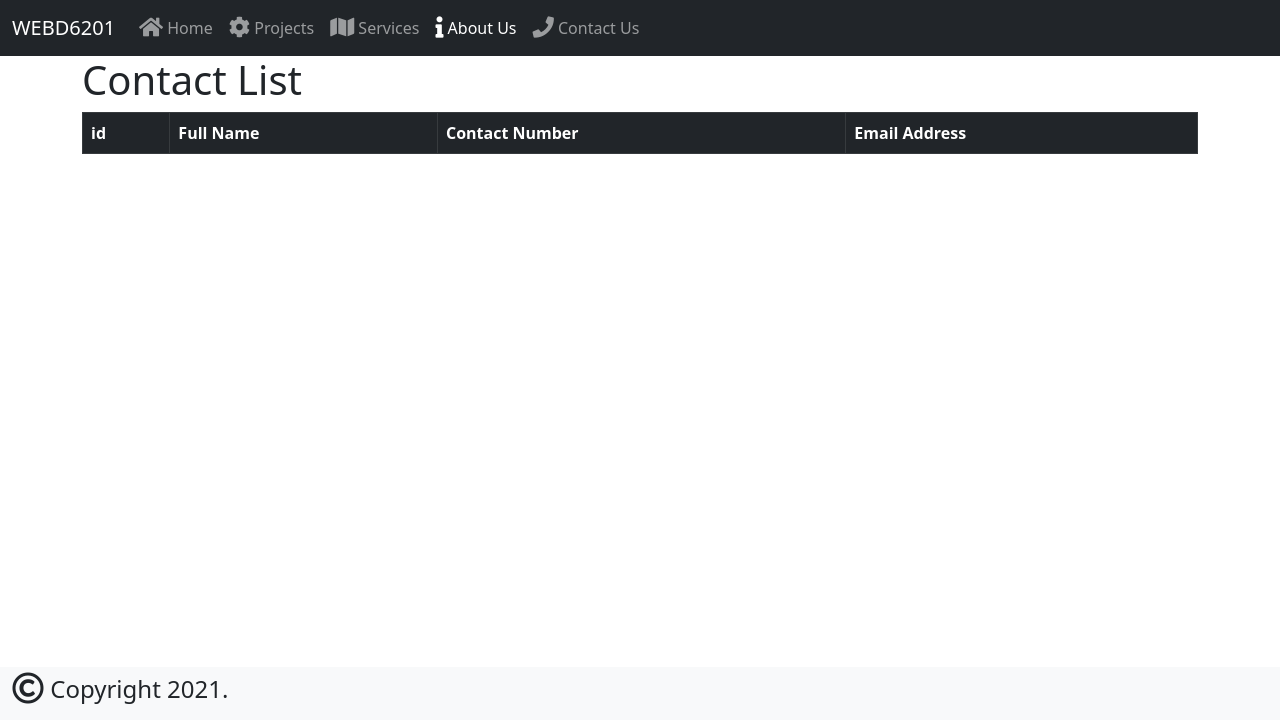
Repository: YiuWingLau/WEBD6201-W2021-Lab1
Page: contact-list.html
These files come from the project's save history. The page is drawn as it stood at one moment and after the next save; the edit follows.
The browser window is 1280 px wide. The pictures show the whole page.

Above is the page before, as saved 2021-02-04 00:23:59.

### contact-list.html
<!DOCTYPE html>
<html lang="en">
<head>
    <meta charset="UTF-8">
    <meta name="viewport" content="width=device-width, initial-scale=1.0">
    <title>Contact-List</title>
    <!-- CSS Section -->
    <link rel="stylesheet" href="./node_modules/bootstrap/dist/css/bootstrap.min.css">
    <link rel="stylesheet" href="./node_modules/@fortawesome/fontawesome-free/css/all.min.css">
    <link rel="stylesheet" href="./Content/app.css">
</head>
<body>
    <!-- Main Header -->
    <header>
        <!-- Main Navigation -->
        <nav class="navbar navbar-expand-lg navbar-dark bg-dark">
            <div class="container-fluid">
              <a class="navbar-brand" href="index.html">WEBD6201</a>
              <button class="navbar-toggler" type="button" data-bs-toggle="collapse" data-bs-target="#navbarSupportedContent" aria-controls="navbarSupportedContent" aria-expanded="false" aria-label="Toggle navigation">
                <span class="navbar-toggler-icon"></span>
              </button>
              <div class="collapse navbar-collapse" id="navbarSupportedContent">
                <ul class="navbar-nav me-auto mb-2 mb-lg-0">

                  <li id="navBarIndex" class="nav-item">
                    <a class="nav-link" aria-current="page" href="index.html"><i class="fas fa-home fa-lg"></i> Home</a>
                  </li>

                  <li id="navBarProjects" class="nav-item">
                    <a class="nav-link" aria-current="page" href="products.html"><i class="fas fa-cog fa-lg"></i> Products</a>
                  </li>

                  <li id="navBarServices" class="nav-item">
                    <a class="nav-link" aria-current="page" href="services.html"><i class="fas fa-map fa-lg"></i> Services</a>
                  </li>

                  <li id="navBarAbout" class="nav-item">
                    <a class="nav-link active" aria-current="page" href="about.html"><i class="fas fa-info fa-lg"></i> About Us</a>
                  </li>

                  <li id="navBarContact" class="nav-item">
                    <a class="nav-link" aria-current="page" href="contact.html"><i class="fas fa-phone fa-lg"></i> Contact Us</a>
                  </li>

                </ul>
              </div>
            </div>
          </nav>
    </header>

    <!-- Main Content -->
    <main class="container">
        <h1>Contact List</h1>

        <div class="row">
          <div class="col">
            <table class="table table-striped table-bordered table-hover">
              <thead class="table-dark">
                <tr>
                  <th scope="col">id</th>
                  <th scope="col">Full Name</th>
                  <th scope="col">Contact Number</th>
                  <th scope="col">Email Address</th>
                </tr>
              </thead>
              <tbody id="contactList">
              </tbody>
            </table>
          </div>
        </div>
    </main>

    <!-- Main Footer -->
    <footer>
        <nav class="navbar fixed-bottom navbar-light bg-light">
            <div class="container-fluid">
              <h4><i class="far fa-copyright fa-lg"></i> Copyright 2021.</h4>
            </div>
          </nav>
    </footer>

    <!-- Script Section-->
    <script src="./node_modules/jquery/dist/jquery.min.js"></script>
    <script src="./node_modules/bootstrap/dist/js/bootstrap.bundle.min.js"></script>

    <script src="./Scripts/contact.js"></script>
    <script src="./Scripts/app.js"></script>
</body>
</html>

### Content/app.css
body {
    background-color: powerblue;
}

### Scripts/contact.js
"use strict";
// Contact Class
class Contact {
    // getters and setters
    get FullName()
    {
      return this.m_fullName;
    }

    set FullName(value)
    {
      this.m_fullName = value;
    }

    get ContactNumber()
    {
      return this.m_contactNumber;
    }

    set ContactNumber(value)
    {
      this.m_contactNumber = value;
    }

    get EmailAddress()
    {
      return this.m_emailAddress;
    }

    set EmailAddress(value)
    {
      this.m_emailAddress = value;
    }

    // constructor

    /**
     * @param {string} fullName
     * @param {string} contactNumber
     * @param {string} emailAddress
     */
    constructor(fullName = "", contactNumber = "", emailAddress = "")
    {
      this.FullName = fullName;
      this.ContactNumber = contactNumber;
      this.EmailAddress = emailAddress;
    }

    // methods

    /**
     * This method overrides the built-in toString method for the Contact class
     *
     * @returns {string}
     */
    toString()
    {
      return `Full Name     : ${this.FullName} \nContact Number: ${this.ContactNumber}\nEmail Address : ${this.EmailAddress}`;
    }

    /**
     * This method returns a JSON object made up of the properties of the Contact class
     *
     * @returns {Object}
     */
    toJSON()
    {
      return {
        "fullName": this.FullName,
        "contactNumber": this.ContactNumber,
        "emailAddress": this.EmailAddress
      }
    }

    /**
     * This method converts the Contact into a comma-separated value string
     *
     * @returns {string}
     */
    serialize()
    {
      if(this.FullName !== "" && this.ContactNumber !== "" && this.EmailAddress !== "")
      {
        return `${this.FullName},${this.ContactNumber},${this.EmailAddress}`;
      }
      else
      {
        console.error("One or more properties of the Contact is empty");
        return null;
      }
    }

    /**
     * This method takes a comma-separated data string and assigns the values to the Contact class properties
     *
     * @param {string} data
     * @return {void}
     */
    deserialize(data)
    {
      let propertyArray = data.split(",");
      this.FullName = propertyArray[0];
      this.ContactNumber = propertyArray[1];
      this.EmailAddress = propertyArray[2];
    }
  }

### Scripts/app.js
/* custom JavaScript goes here */

//IIFE - Immediately Invoked Function Expression
//AKA - Anonymous Self-Executing Function
//Closure - limits scope leak

"use strict";

(function()
{
    function displayHome()
    {
        let paragraphOneText =
          "This is a simple site to demonstrate DOM Manipulation for ICE 1";

        let paragraphOneElement = document.getElementById("paragraphOne");

        paragraphOneElement.textContent = paragraphOneText;
        paragraphOneElement.className = "fs-5";

        // Step 1. document.createElement
        let newParagraph = document.createElement("p");
        // Step 2. configure the element
        newParagraph.setAttribute("id", "paragraphTwo");
        newParagraph.textContent = "...And this is paragraph two";
        // Step 3. select the parent element
        let mainContent = document.getElementsByTagName("main")[0];
        // Step 4. Add / Insert the element
        mainContent.appendChild(newParagraph);
        newParagraph.className = "fs-6";

        // another way of injecting content
        let paragraphDiv = document.createElement("div");
        let paragraphThree = `<p id="paragraphThree" class="fs-7 fw-bold">And this is the Third Paragraph</p>`;
        paragraphDiv.innerHTML = paragraphThree;

        // insertions

        // example of inserting before a node
        //newParagraph.before(paragraphDiv);

        // example of inserting after a node
        newParagraph.after(paragraphDiv);

        // deletions

        // example of removing a single element
        //paragraphOneElement.remove();

        // example of removeChild
        mainContent.removeChild(paragraphOneElement);
        // update / modification
        //mainContent.firstElementChild.textContent = "Welcome Home!";

        mainContent.innerHTML = `<h1 id="firstHeading">Welcome to Nelson's web page</h1>
         <p id="paragraphOne" class="fs-3 fw-bold">This is my home page, I'm welcome everyone to visit my site.</p>
        `;

    }

    function displayAbout()
    {
                // Step 1. document.createElement
                let newParagraph = document.createElement("p");


                let myPicture = `<img src="./images/img_me.jpg" alt="Nelson Lau">`;

                // Step 2. configure the element
                newParagraph.setAttribute("id", "introducemyself");
                newParagraph.textContent = "Hi~ My name is Nelson Lau. I am a computer programmer student, studied at durham college.";
                // Step 3. select the parent element
                let mainContent = document.getElementsByTagName("main")[0];
                // Step 4. Add / Insert the element
                mainContent.appendChild(newParagraph);
                newParagraph.className = "fs-6";
                mainContent.innerHTML = myPicture;
    }

    function displayProjects()
    {
        // Step 1. document.createElement
        let newParagraph = document.createElement("p");
        // Step 2. configure the element
        newParagraph.setAttribute("id", "myprojects");
        newParagraph.textContent = "Here are my famourite projects.";
        // Step 3. select the parent element
        let mainContent = document.getElementsByTagName("main")[0];
        // Step 4. Add / Insert the element
        mainContent.appendChild(newParagraph);
        newParagraph.className = "fs-6";
    }

    function displayHumanResources()
    {

    }

    function displayServices()
    {

        // another way of injecting content
        let paragraphDiv = document.createElement("div");
        let paragraphThree = `<p id="paragraphThree" class="fs-7 fw-bold">And this is the Third Paragraph</p>`;
        paragraphDiv.innerHTML = paragraphThree;

        // insertions

        // example of inserting before a node
        // newParagraph.before(paragraphDiv);

        // example of inserting after a node
        newParagraph.after(paragraphDiv);

        // deletions

        // example of removing a single element
        //paragraphOneElement.remove();

        // example of removeChild
       // mainContent.removeChild(paragraphOneElement);
        // update / modification
        //mainContent.firstElementChild.textContent = "Welcome Home!";
    }

    function displayContact()
    {
        let messageArea = document.getElementById("messageArea");
        messageArea.hidden = true;

        // form validation
        let fullName = document.getElementById("fullName");
        fullName.addEventListener("blur", function() {
            if(fullName.value.length < 2)
            {
                fullName.focus();
                fullName.select();
                messageArea.hidden = false;
                messageArea.className = "alert alert-danger";
                messageArea.textContent = "Please enter an appropriate Name";
            }
            else
            {
                messageArea.removeAttribute("class");
                messageArea.hidden = true;
            }
        });

        let sendButton = document.getElementById("sendButton");
        sendButton.addEventListener("click", function(event){
            //event.preventDefault();

            let contact = new Contact(fullName.value, contactNumber.value, emailAddress.value);

            if(contact.serialize())
            {
              localStorage.setItem((localStorage.length + 1).toString(), contact.serialize());
            }

        });
    }

    function displayContactList()
    {
      if (localStorage.length > 0)
      {
        let contactList = document.getElementById("contactList");

        let data = "";

        for (let index = 0; index < localStorage.length; index++)
        {
          let contactData = localStorage.getItem((index + 1).toString());

          let contact = new Contact();
          contact.deserialize(contactData);

          data += `<tr>
          <th scope="row">${index + 1}</th>
          <td>${contact.FullName}</td>
          <td>${contact.ContactNumber}</td>
          <td>${contact.EmailAddress}</td>
        </tr>`;
        }

        contactList.innerHTML = data;
      }
    }

    // function to correct the wrong link and text content in navigation bar
    function changeNavBarName()
    {
        let NavName = document.getElementById("navBarProjects");
        NavName.innerHTML = `<a class='nav-link' aria-current='page' href='projects.html'><i class="fas fa-cog fa-lg"></i> Projects</a>`;
    }

    function addNewNavBarElement()
    {
        let newElementList = document.createElement("li");
        newElementList.setAttribute("id", "navBarHumanResources");
        newElementList.setAttribute("class", "nav-item");
        newElementList.innerHTML = `<a class='nav-link' aria-current='page' href='Human-Resources.html'><i class="fas fa-cog fa-lg"></i> Human Resources</a>`;

        newElementList
        let paragraphThree = `<p id="paragraphThree" class="fs-7 fw-bold">And this is the Third Paragraph</p>`;
        paragraphDiv.innerHTML = paragraphThree;
        newParagraph.after(paragraphDiv);
    }

    function Start()
    {
        console.log("App Started...");

        changeNavBarName();

        //<a id="navbarSupportedContent">Projects</a>
        //let navBarElement = getElementById("navbarSupportedContent");

        document.getElementById("navBarProjects").href = "projects.html";
        document.getElementById("navBarProjects").text = " Projects";
        //document.getElementById("navBarProjects").setAttribute("class", "fas fa-cog fa-lg");


        switch (document.title)
        {
          case "Home":
              displayHome();
            break;
          case "About":
              displayAbout();
            break;
          case "Projects":
              displayProjects();
            break;
          case "Human Resources":
              displayHumanResources();
            break;
          case "Services":
              displayServices();
            break;
          case "Contact":
              displayContact();
            break;
          case "Contact-List":
            displayContactList();
          break;
        }

    }

    window.addEventListener("load", Start);

})();

Loaded but not shown: node_modules/bootstrap/dist/css/bootstrap.min.css (library); node_modules/@fortawesome/fontawesome-free/css/all.min.css (library); node_modules/jquery/dist/jquery.min.js (library); node_modules/bootstrap/dist/js/bootstrap.bundle.min.js (library)

After the next save:
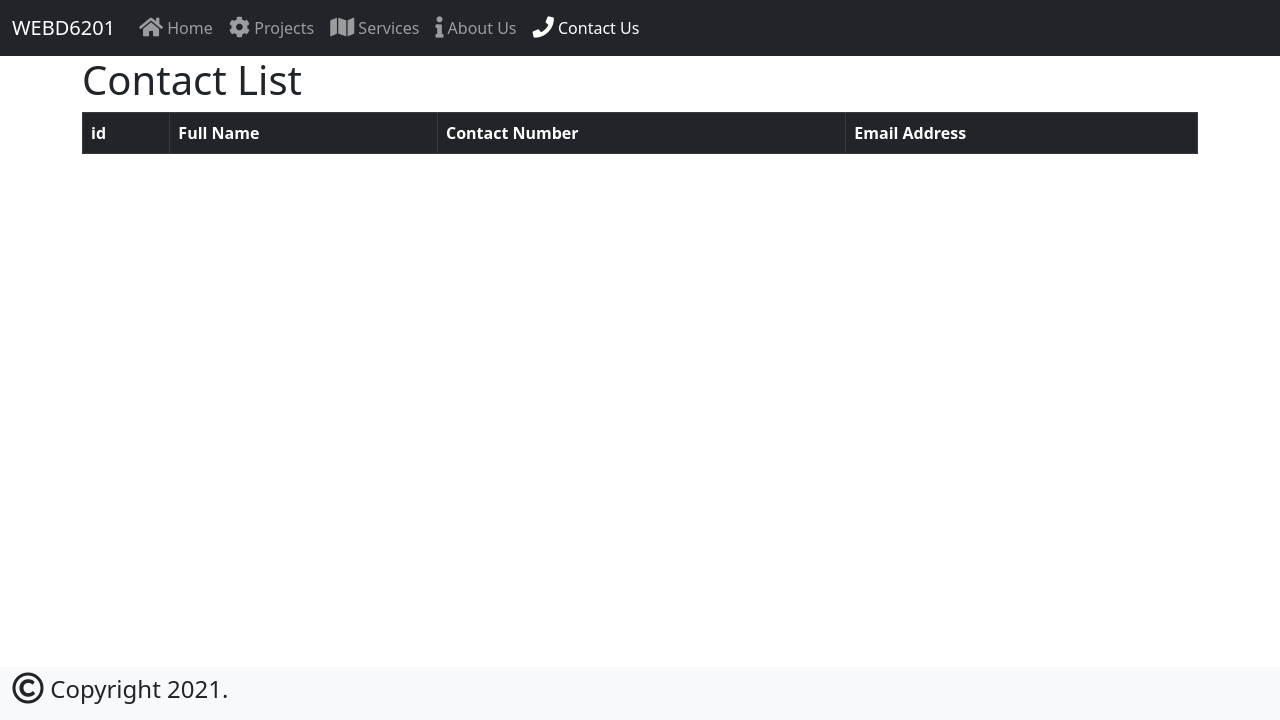
Saved 2 min 6 s later.
--- a/contact-list.html
+++ b/contact-list.html
@@ -35,11 +35,11 @@
                   </li>
 
                   <li id="navBarAbout" class="nav-item">
-                    <a class="nav-link active" aria-current="page" href="about.html"><i class="fas fa-info fa-lg"></i> About Us</a>
+                    <a class="nav-link" aria-current="page" href="about.html"><i class="fas fa-info fa-lg"></i> About Us</a>
                   </li>
 
                   <li id="navBarContact" class="nav-item">
-                    <a class="nav-link" aria-current="page" href="contact.html"><i class="fas fa-phone fa-lg"></i> Contact Us</a>
+                    <a class="nav-link active" aria-current="page" href="contact.html"><i class="fas fa-phone fa-lg"></i> Contact Us</a>
                   </li>
 
                 </ul>
